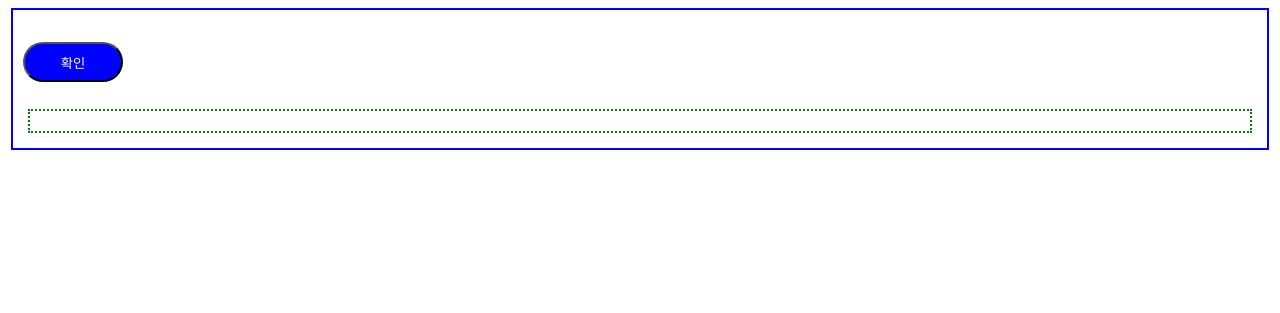
Repository: patternlobe-stack/MY_repository
Page: webpro/src/main/webapp/0915/상태_select.html
The author's editor kept a copy of each file at every save. The page is drawn from the files as they stood at one save, then again after the next save.
The browser window is 1280 px wide. The pictures show the whole page.

Above is the page before, as saved 2025-09-15 07:52:30.

### webpro/src/main/webapp/0915/상태_select.html
<!DOCTYPE html>
<html>
<head>
<meta charset="UTF-8">
<title>Insert title here</title>
<link rel="stylesheet"  href="../css/public.css">

<script>
</script>

</head>
<body>


<div class="box">
      <h3>
      </h3>
      <input type="button" value="확인" onclick="proc1()" />
      <br /><br />

      <div id="result1"></div>
</div>
</body>
</html>

### webpro/src/main/webapp/css/public.css
@charset "UTF-8";

pre {
  border: 5px inset red;
  margin: 20px;
  padding: 10px;
  font-size: 1.3rem;
}
div {
  border: 2px dotted green;
  padding: 10px;
  margin: 5px;
  font-size: 1.2rem;
}

.box {
  border: 2px solid blue;
  margin: 3px;
  padding: 10px;
}
.box input[type="button"],
.box input[type="submit"] {
  background: blue;
  color: white;
  width: 100px;
  height: 40px;
  border-radius: 50px;
}

After the next save:
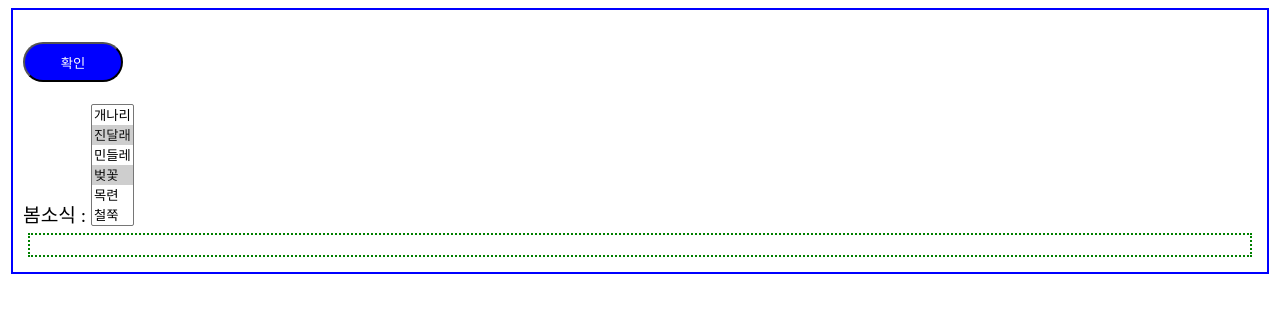
Saved 13 s later.
--- a/webpro/src/main/webapp/0915/상태_select.html
+++ b/webpro/src/main/webapp/0915/상태_select.html
@@ -12,11 +12,21 @@
 <body>
 
 
-<div class="box">
-      <h3>
-      </h3>
-      <input type="button" value="확인" onclick="proc1()" />
-      <br /><br />
+	<div class="box">
+	      <h3>
+	      </h3>
+	      <input type="button" value="확인" onclick="proc1()" />
+	      <br /><br />
+	      <form>
+	봄소식 : <select name="spring" id="spring" multiple size="6">
+		<option >개나리</option>
+		<option selected>진달래</option>
+		<option>민들레</option>
+		<option selected>벚꽃</option>
+		<option>목련</option>
+		<option>철쭉</option>
+	</select>
+	</form>
 
       <div id="result1"></div>
 </div>
